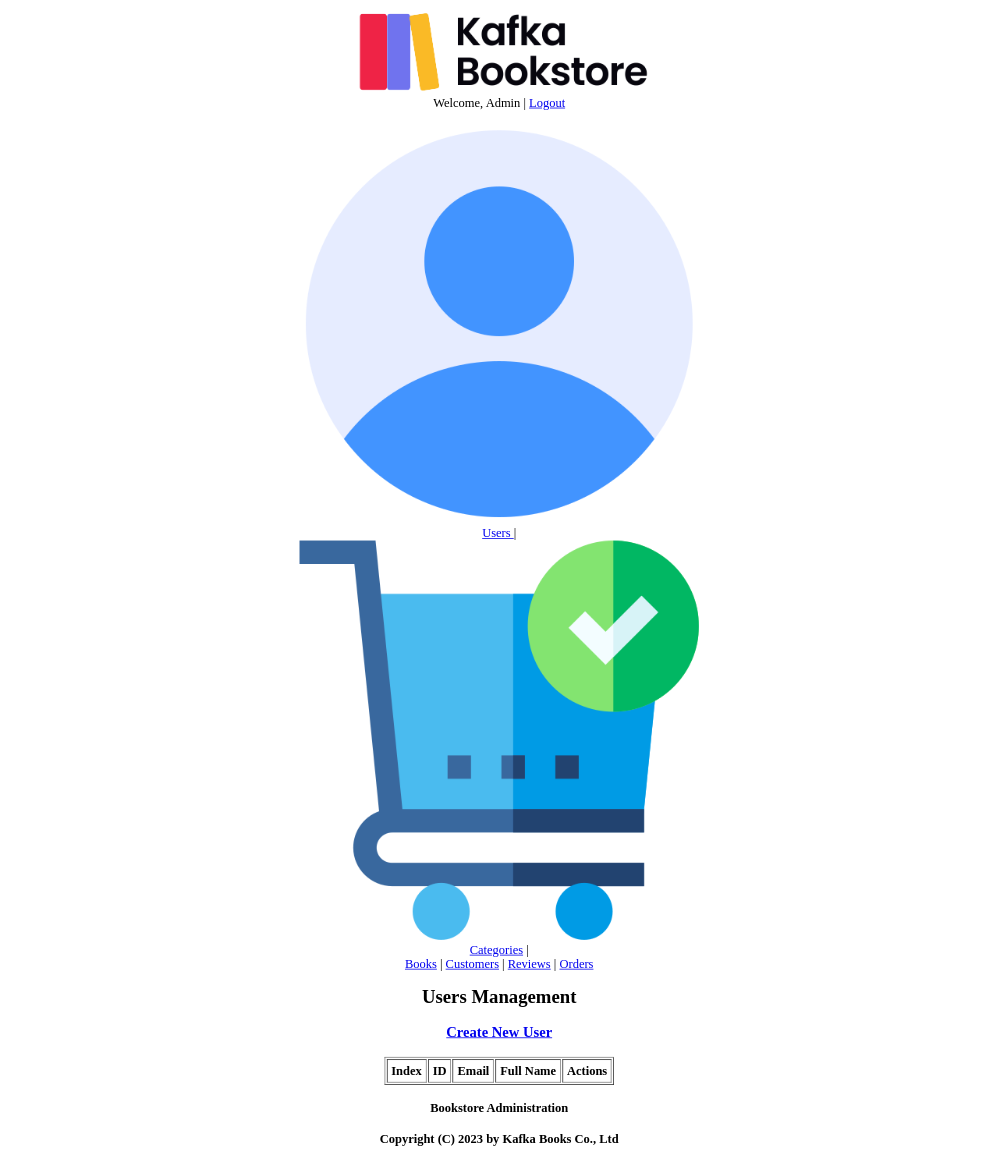
Repository: janvi2502/BookStore
Page: http://localhost/BookStoreWebsite/admin/user_list.jsp
An editor plug-in stored every save of this project. The page is shown before and after the next save, followed by the edit.
The browser window is 1280 px wide. The pictures show the whole page, at 78% of full size.
The page is served by Tomcat 10. Nobody is signed in. The application's start-up code is not run.

Above is the page before, as saved 2023-12-28 10:06:13.

After the next save:
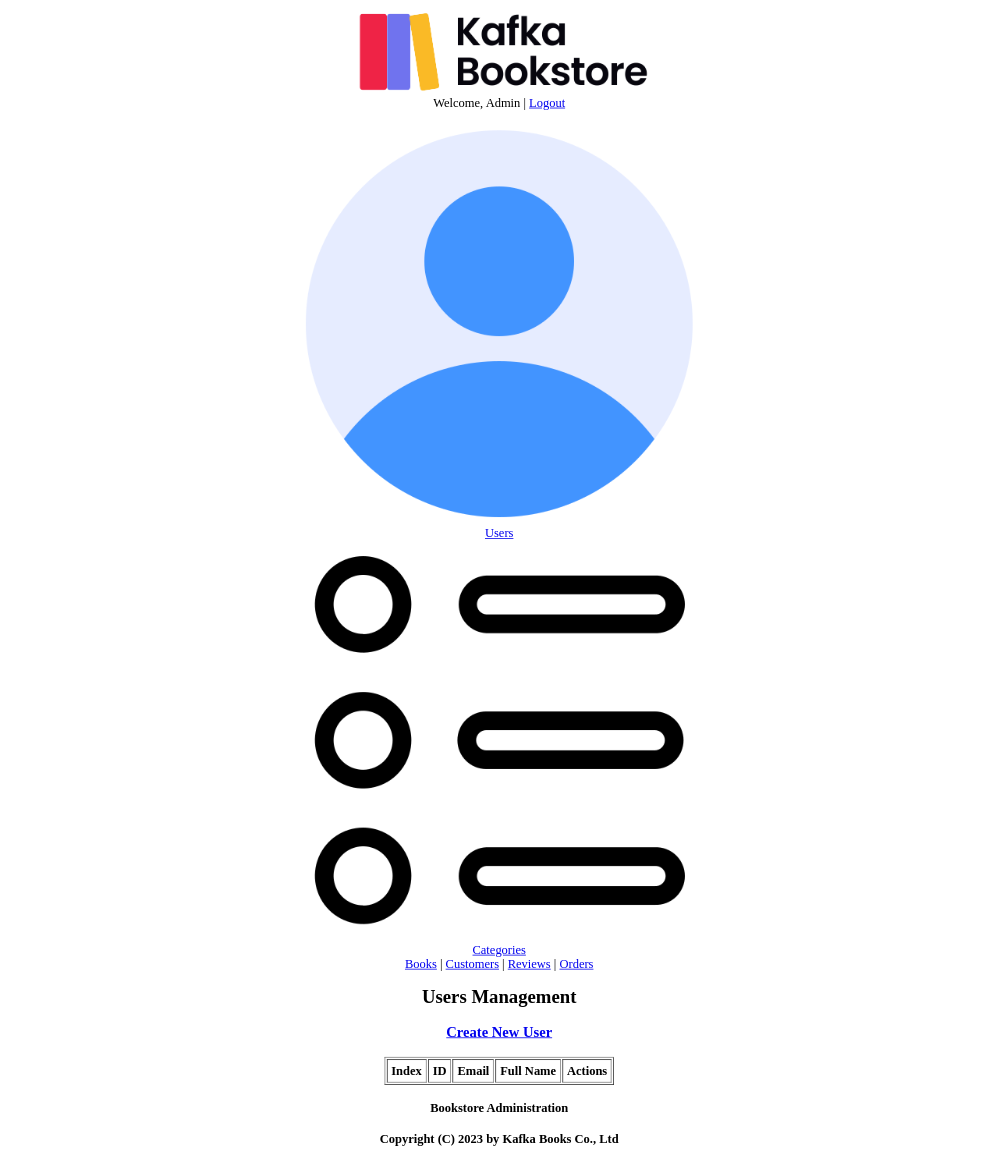
Saved 2 min 18 s later.
--- a/BookStoreWebsite/WebContent/admin/header.jsp
+++ b/BookStoreWebsite/WebContent/admin/header.jsp
@@ -10,12 +10,14 @@
 		<div>
 			<a href="list_users">
 				<img src="../images/user.png" /><br/> Users
-			</a> |
+			</a>
 		</div>
 		<div>
 			<a href="list_category">
-				<img src="../images/order.png" /> <br/> Categories</a> |
+				<img src="../images/list.png" /> <br/> Categories
+			</a>
 		</div>
+
 		<a href="books">Books</a> |
 		<a href="customer">Customers</a> |
 		<a href="reviews">Reviews</a> |
